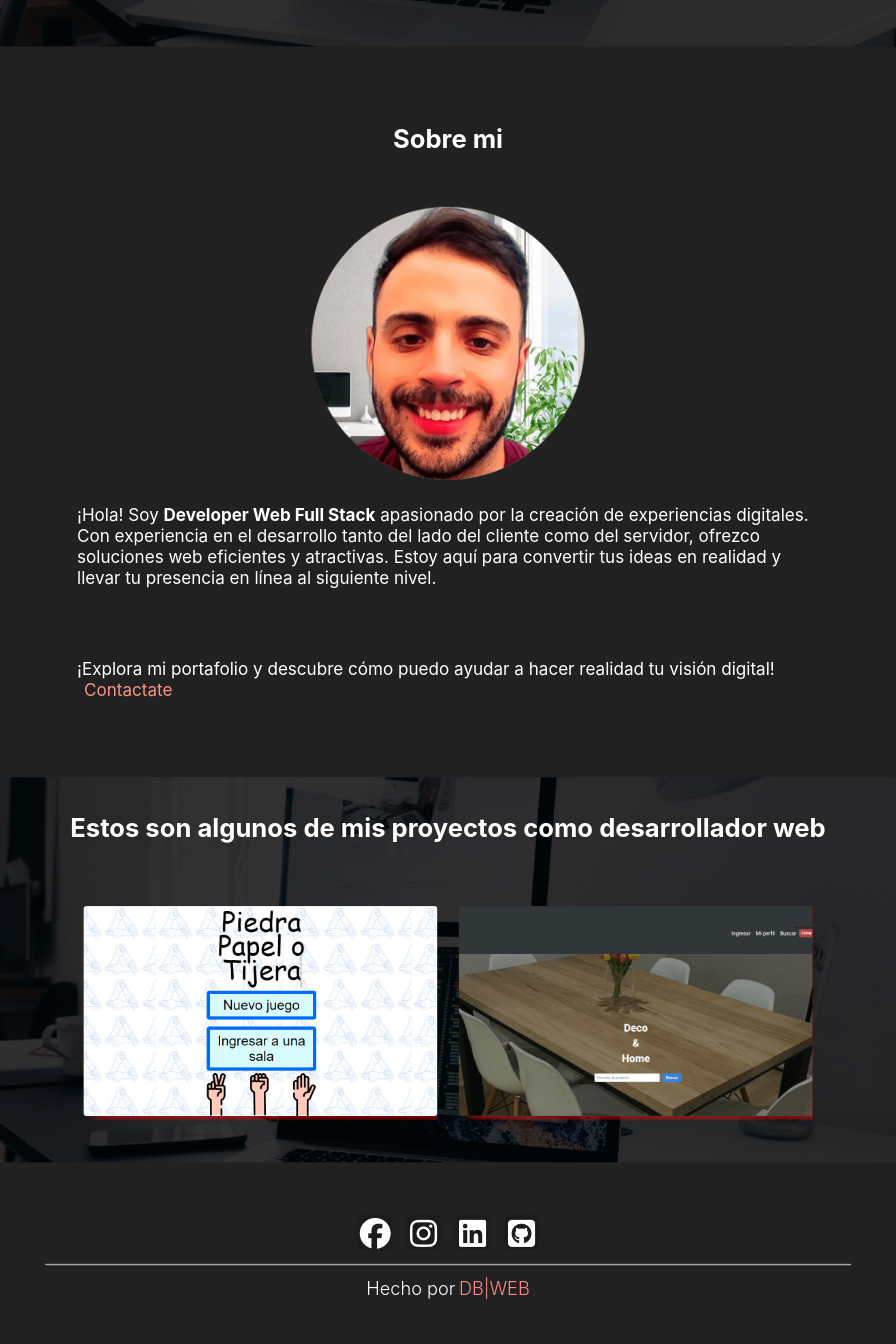
Repository: DamianBermudez94/DB-Porfolio
Page: /
These files come from the project's save history. The page is drawn as it stood at one moment and after the next save; the edit follows.
The browser window is 1280 px wide. The pictures show the part of the page from y = 678 to 2598 px (the page is 2598 px tall), at 70% of full size.
Backgrounds fixed to the window are drawn as part of the page. Some web libraries are served in a nearby version. The project was rebuilt for these pictures with package versions that can differ from the ones it lists, and the page was loaded fresh each time. Also part of the build but not shown: vite.config.js, src/components/Servicios/styles.css, src/components/Servicios/Service.jsx, src/pages/Servicios.jsx, src/components/Conocimientos/Conocimientos.jsx, src/pages/AcerdaDe.jsx, src/components/Contacto/Contact.jsx, src/pages/contacto.jsx and 2 more.

Above is the page before, as saved 2024-03-11 19:00:49.

### index.html
<!DOCTYPE html>
<html lang="en">
  <head>
    <meta charset="utf-8" />
    <link rel="icon" href="./public/image/IconoDB.png" />
    <link rel="apple-touch-icon" href="./public/image/IconoDB.png" />
    <meta name="viewport" content="width=device-width, initial-scale=1" />
    <link rel="manifest" href="./src/manifiesto.json">
    <meta name="theme-color" content="#000000" />
    <!--Estilos-->
    <script
      src="https://kit.fontawesome.com/bdbed0aafa.js"
      crossorigin="anonymous"
    ></script>
    <link rel="preconnect" href="https://fonts.gstatic.com" />
    <link rel="preconnect" href="https://fonts.gstatic.com" />
    <link rel="preconnect" href="https://fonts.gstatic.com" />
    <link rel="preconnect" href="https://fonts.gstatic.com" />
    <link
      href="https://fonts.googleapis.com/css2?family=Raleway:wght@200;300&family=Roboto:wght@100;300&display=swap"
      rel="stylesheet"
    />
    <meta name="author" content="Damián Bermúdez" />
    <meta name="description" content="Porfolio web - Damián Bermúdez" />

    <title>Damián Bermúdez - Developer</title>
  </head>
  <body>
    <div id="root"></div>
    <script type="module" src="/src/main.jsx"></script>
  </body>
</html>

### src/main.jsx
import ReactDOM from "react-dom/client";
import "./index.css";
import App from "./App";
import Modal from 'react-modal';
Modal.setAppElement('#root');
const root = ReactDOM.createRoot(document.getElementById("root"));
root.render(<App />);

### src/index.css
* {
  margin: 0;
  padding: 0;
  box-sizing: border-box;
}
body {
  font-family: -apple-system, BlinkMacSystemFont, "Segoe UI", "Roboto", "Oxygen",
    "Ubuntu", "Cantarell", "Fira Sans", "Droid Sans", "Helvetica Neue",
    sans-serif;
  -webkit-font-smoothing: antialiased;
  -moz-osx-font-smoothing: grayscale;
}

### src/App.jsx
import "./App.css";
import { MisRutas } from "./routers/MisRutas";

function App() {
  return (
    <div className="layout">
      <MisRutas />
    </div>
  );
}

export default App;

### src/App.css
.layout {
  margin: 0 auto;
  background-color: #282c34;
  font-size: calc(10px + 2vmin);
  color: white;
  background-image: url("/public/image/banner-parallax.jpg");
  background-size: cover;
  background-position: center;
  background-attachment: fixed;
}
.layout .container-rutas {
  background-color: rgba(0, 0, 0, 0.8);
  width: 100%;
  height: 100%;
  padding-top: 145px;
}

### src/routers/MisRutas.jsx
import { BrowserRouter, Routes, Route } from "react-router-dom";

import { Inicio } from "../pages/Inicio";
import { Servicios } from "../pages/Servicios";
import { AcerdaDe } from "../pages/AcerdaDe";
import { Contacto } from "../pages/contacto";
import { Proyectos } from "../pages/Proyecto";
import { Error } from "../components/Error";
import { NavHeader } from "../components/header/NavHeader";
import { Footer } from "../components/Footer/Footer";

export const MisRutas = () => {
  return (
    <div className="container-rutas">
      <BrowserRouter>
        {/*Header y navegacion*/}
        <NavHeader />
        {/*Contenido general*/}

        <Routes>
          <Route path="/" element={<Inicio />} />
          <Route path="/inicio" element={<Inicio />} />
          <Route path="/servicios" element={<Servicios />} />
          <Route path="/conocimientos" element={<AcerdaDe />} />
          <Route path="/contacto" element={<Contacto />} />
          <Route path="/proyecto" element={<Proyectos />} />
          <Route path="*" element={<Error />} />
        </Routes>

        {/* Footer*/}
        <Footer />
      </BrowserRouter>
    </div>
  );
};

### src/pages/Inicio.jsx

import { Home } from "../components/Home/Home";
export const Inicio = () => {
  return (
  <div><Home/> </div>
  );
};

### src/components/header/NavHeader.jsx
import { useState, useEffect } from "react";
import { NavLink } from "react-router-dom";
import "./NavHeader.css";
import BurguerButton from "./burgerButton";

export const NavHeader = () => {
  const [clicked, setClicked] = useState(false);
  const [scrolled, setScrolled] = useState(false);
  const handleClick = () => {
    //cuando esta true lo pasa a false y vice versa
    setClicked(!clicked);
  };
  useEffect(() => {
    const handleScroll = () => {
      if (window.scrollY > 50) {
        setScrolled(true);
      } else {
        setScrolled(false);
      }
    };

    window.addEventListener("scroll", handleScroll);

    // Limpiar el event listener en el desmontaje del componente
    return () => {
      window.removeEventListener("scroll", handleScroll);
    };
  }, []);

  return (
    <header className={`header ${scrolled ? "scrolled" : ""}`}>
      <div className="nav-content">
        <div className="logo">
          <NavLink to="/inicio">
            <img
              src={"/image/Logo-DB.png"}
              alt="Damian Bermudez desarrollador web"
            ></img>
          </NavLink>
        </div>

        <BurguerButton
          className="btn-menu"
          clicked={clicked}
          handleClick={handleClick}
        />
        <nav className={`links ${clicked ? "active" : ""}`}>
          <ul>
            <li>
              <NavLink
                to="/inicio"
                onClick={handleClick}
                className={({ isActive }) => (isActive ? "active" : "")}
              >
                Inicio
              </NavLink>
            </li>
            <li>
              <NavLink
                to="/proyecto"
                onClick={handleClick}
                className={({ isActive }) => (isActive ? "active" : "")}
              >
                proyectos
              </NavLink>
            </li>
            <li>
              <NavLink
                to="/servicios"
                onClick={handleClick}
                className={({ isActive }) => (isActive ? "active" : "")}
              >
                servicios
              </NavLink>
            </li>
            <li>
              <NavLink
                to="/conocimientos"
                onClick={handleClick}
                className={({ isActive }) => (isActive ? "active" : "")}
              >
                conocimientos
              </NavLink>
            </li>
            <li>
              <NavLink
                to="/contacto"
                onClick={handleClick}
                className={({ isActive }) => (isActive ? "active" : "")}
              >
                contacto
              </NavLink>
            </li>
          </ul>
        </nav>
      </div>
    </header>
  );
};

### src/components/Footer/Footer.jsx

import './Footer.css'
export const Footer = () => {
  return (
    <footer className="footer">
      <div className="contenedor-footer container">
          <div className="footer-redes__sociales">
              <a href="https://www.facebook.com" className="link-redes_sociales" ><i className="fab fa-facebook facebook"></i></a>
              <a href="https://www.instagram.com" className="link-redes_sociales" ><i className="fab fa-instagram instagran"></i></a>
              <a href="https://www.linkedin.com" className="link-redes_sociales" ><i className="fab fa-linkedin linkedin"></i></a>
              <a href="https:/www.github.com" className="link-redes_sociales" ><i className="fab fa-github-square github"></i></a>
          </div>
          <hr className='footer-linea' />
          <div className="footer-text">
              <p className="title-copy">Hecho por<a className="title-footer" href="https://damianbermudezdev.es/">DB|WEB</a></p>
          </div>
      </div>
    </footer>
  )
}

### src/components/Home/Home.jsx
import { NavLink } from "react-router-dom";
import { ListadoTrabajos } from "../Proyectos/ListaTrabajos";
import "./styles.css";
export const Home = () => {
  return (
    <section className="home">
      <div className="home-welcome">
        <div className="container-home">
          <h1 className="title-welcome" style={{ "--duration": "1s" }}>
            <span style={{ "--delay": " .5s" }}>Hola! Mi nombre es,</span>
            <span className="title-custom" style={{ "--delay": ".6s" }}>
              Damián Bermúdez.
            </span>
            <span className="parrafo-welcome" style={{ "--duration": "1s" }}>
              <span style={{ "--delay": " .7s" }}>
                Developer web full stack.
              </span>
            </span>
          </h1>

          <div className="container-redes_inicio">
            <NavLink
              to="https://www.linkedin.com/in/damian-bermudez-4a4a33204/"
              className="link-redes_sociales"
              target="_blank"
            >
              <i className="fab fa-linkedin linkedin"></i>
            </NavLink>
            <NavLink
              to="https://github.com/DamianBermudez94"
              className="link-redes_sociales"
              target="_blank"
            >
              <i className="fab fa-github-square github"></i>
            </NavLink>
            <a
              className="btn-cv"
              href="./cv-pdf/CVDamianBermudez2023_1_ (1).pdf"
              download="CV-damian-bermudez.pdf"
            >
              Descargar mi CV
            </a>
          </div>
        </div>
      </div>
      <section className="section-me">
        <h2>Sobre mi</h2>
        <div className="container-me" data-animation="diagonal">
          <img
            src={"/image/profile-damianbermudez.png"}
            alt="Damian Bermudez desarrollador web"
          ></img>
          <p>
            ¡Hola! Soy <strong>Developer Web Full Stack</strong> apasionado por
            la creación de experiencias digitales. Con experiencia en el
            desarrollo tanto del lado del cliente como del servidor, ofrezco
            soluciones web eficientes y atractivas. Estoy aquí para convertir
            tus ideas en realidad y llevar tu presencia en línea al siguiente
            nivel.
          </p>
        </div>
        <div className="container-inicio_contacto" data-animation="diagonal">
          <p className="parrafo-contacto">
            ¡Explora mi portafolio y descubre cómo puedo ayudar a hacer realidad
            tu visión digital!{" "}
            <NavLink className="enlace-contacto" to="/contacto">
              Contactate
              <span className="border border-top"></span>
              <span className="border border-right"></span>
              <span className="border border-bottom"></span>
              <span className="border border-left"></span>
            </NavLink>
          </p>
        </div>
      </section>
      <section className="content-proyectos__inicio">
        <h2>Estos son algunos de mis proyectos como desarrollador web</h2>
        <ListadoTrabajos limite="2" />
      </section>
    </section>
  );
};

### src/components/header/NavHeader.css
.header {
  height: 80px;

  max-width: 1200px;
  display: flex;
  justify-content: center;
  align-items: center;
  padding: 10px;
  position: fixed;
  top: 0;
  right: 0;
  left: 0;
  z-index: 1000;
  padding: 10px 20px;
  margin: 0 auto;
  transition: background-color 0.5s ease;
}

/* Cambiar el fondo al hacer scroll */
.header.scrolled {
  background-color: rgba(83, 83, 83, 0.9);
  border-radius: 10px;
  width: 80%;
  display: flex;
  justify-content: center;
  align-items: center;
  position: fixed;

  margin: 0 auto;
}

.nav-content {
  width: 90%;
  height: 80px;

  margin: 0 auto;
  display: flex;
  justify-content: space-around;
  padding: 5px;
  align-items: center;
}
.header .logo img {
  width: 150px;
  height: 100px;
  object-fit: cover;
}

.header nav ul {
  display: flex;
  justify-content: center;
  align-items: center;
  list-style: none;
}
.header li {
  text-decoration: none;
  text-transform: uppercase;
  font-size: 17px;
  font-weight: bold;
  margin: 15px;
}
.header li a {
  text-decoration: none;
  transition: all 300ms;
  color: #f1f1f1;
}
.header .active,
.header a:hover {
  color: rgb(255, 80, 80);
}

.header .btn-menu {
  display: none;
}
@media screen and (max-width: 860px) {
  .header {
    overflow: hidden;
  }

  .header .logo img {
    width: 200px;
  }
  .header nav {
    position: fixed;
    top: 70px;
    left: -140%;
    width: 80%;
    height: calc(100vh - 60px);
    background-color: #fff;
    z-index: 9;
  }
  .links.active {
    width: 100%;
    height: 100vh;
    display: block;
    top: 150px;
    left: 0;
    right: 0;
    margin-left: auto;
    margin-right: auto;
    text-align: center;
    opacity: 1;
    background: rgba(255, 255, 255, 0);
    backdrop-filter: blur(19px);
  }
  .links.close {
    display: none;
  }
  nav ul {
    margin: 0 auto;
    flex-direction: column;
    border-top: 5px solid rgb(255, 1, 1);
    padding: 5px;
  }

  nav ul li {
    width: 100%;
    margin: 10px auto;
    border-bottom: 1px solid rgb(255, 1, 1);
  }
  nav ul li a {
    background: none;
    color: rgb(255, 1, 1);
  }
  body.dark nav ul li a {
    color: #f1f1f1;
  }
  nav ul li a.active {
    background: none;
    color: rgb(0, 0, 0);
  }
  body.dark nav ul li a.active {
    color: rgb(255, 1, 1);
  }
  nav ul li a.active:hover {
    background: none;
    color: rgb(0, 0, 0);
  }
}

### src/components/header/burgerButton.jsx
/* eslint-disable react/prop-types */

import styled from "styled-components";

function BurguerButton(props) {
  return (
    <Burguer>
      <div
        onClick={props.handleClick}
        className={`btn-menu nav-icon-5 ${props.clicked ? "open" : ""}`}
      >
        <span></span>
        <span></span>
        <span></span>
      </div>
    </Burguer>
  );
}

export default BurguerButton;

const Burguer = styled.div`
  /* nav-icon-5 */
  .nav-icon-5 {
    width: 35px;
    height: 30px;
    position: relative;
    cursor: pointer;
    display: flex;
    margin: 25px 50px;
  }
  .nav-icon-5 span {
    background-color: #fff;
    position: absolute;
    border-radius: 2px;
    transition: 0.3s cubic-bezier(0.8, 0.5, 0.2, 1.4);
    width: 100%;
    height: 4px;
    transition-duration: 500ms;
  }
  .nav-icon-5 span:nth-child(1) {
    top: 0px;
    left: 0px;
  }
  .nav-icon-5 span:nth-child(2) {
    top: 13px;
    left: 0px;
    opacity: 1;
  }
  .nav-icon-5 span:nth-child(3) {
    bottom: 0px;
    left: 0px;
  }
  .nav-icon-5:not(.open):hover span:nth-child(1) {
    transform: rotate(-3deg) scaleY(1.1);
  }
  .nav-icon-5:not(.open):hover span:nth-child(2) {
    transform: rotate(3deg) scaleY(1.1);
  }
  .nav-icon-5:not(.open):hover span:nth-child(3) {
    transform: rotate(-4deg) scaleY(1.1);
  }
  .nav-icon-5.open span:nth-child(1) {
    transform: rotate(45deg);
    top: 13px;
  }
  .nav-icon-5.open span:nth-child(2) {
    opacity: 0;
  }
  .nav-icon-5.open span:nth-child(3) {
    transform: rotate(-45deg);
    top: 13px;
  }
  @media screen and (min-width: 860px) {
    .btn-menu {
      display: none;
    }
  }
`;

### src/components/Footer/Footer.css
.footer {
  min-height: 120px;
  line-height: 7px;
  text-align: center;
  font-size: 22px;
  padding: 45px;
  background-color: #212121;
}

.contenedor-footer {
  display: flex;
  flex-direction: column;
  justify-content: center;
  align-content: center;
  margin: 0 auto;
  padding: 20px;
}
.footer-text {
  display: flex;
  justify-content: center;
  align-items: center;
  padding: 10px;
  margin-top: 20px;
}
.title-copy {
  text-align: center;
  font-size: 26px;
  font-weight: 300;
}
.title-footer {
  text-decoration: none;
  color: rgb(252, 136, 136);
  margin-left: 5px;
}
.footer-linea{
  height: 1px;
  width: 100%;

}
body.dark .title-copy {
  color: #f1f1f1;
}

.footer-redes__sociales {
  display: flex;
  justify-content: center;
  align-items: center;
  text-align: center;
  margin-bottom: 10px;
}
.link-redes_sociales {
  text-decoration: none;
  width: 50px;
  height: 50px;
  margin: 10px;
  color: rgb(255, 255, 255);
  background-color: rgb(28, 28, 28);
  border-radius: 10px;
  text-align: center;
  position: relative;
  transition: transform 0.4s;
  font-size: 26px;
  padding: 4px;
}
.link-redes_sociales:hover {
  transform: rotate(45deg);
}
.link-redes_sociales::before {
  content: "";
  position: absolute;
  width: 100%;
  height: 100%;
  opacity: 0;
  background-color: #373737;
  border-radius: 10px;
  transition: opacity 0.2s;
}
.link-redes_sociales:hover::before {
  opacity: 0.4;
}
.link-redes_sociales:nth-child(1)::before {
  background-color: rgb(255, 80, 80);
}
.link-redes_sociales:nth-child(2)::before {
  background-color: rgb(255, 80, 80);
}
.link-redes_sociales:nth-child(3)::before {
  background-color: rgb(255, 80, 80);
}
.link-redes_sociales:nth-child(4)::before {
  background-color: rgb(255, 80, 80);
}

.link-redes_sociales:hover::before {
  transform: translate(-4px, -4px);
  filter: blur(10px);
}

.link-redes_sociales i {
  font-size: 1.7em;
  transition: all 0.4s;
}
.link-redes_sociales:hover i {
  color: #f1f1f1;
  transform: rotate(-45deg);
}

body.dark .redes-sociales i {
  color: #f1f1f1;
}

### src/components/Proyectos/styles.css
/**--Estilos seccion Proyectos--**/

.section-proyectos {
  width: 90%;
  max-width: 1600px;
  display: grid;
  grid-template-columns: repeat(2, 1fr);
  grid-gap: 30px;

  padding: 10px;
  margin: 0 auto;
}
.title-proyectos {
  font-size: 55px;
  margin: auto;
  text-align: center;
  padding: 25px;
}
.card-proyectos {
  display: flex;
  align-items: center;
  flex-direction: column;
  overflow: hidden;
}
.content-proyectos__img img {
  object-fit: cover;
  border-radius: 5px;
  width: 100%;
  height: 300px;
  overflow: hidden;
  box-shadow: 15px 0px 15px 0px #ff0505;
  cursor: pointer;
}

.card-proyectos span {
  display: block;
  color: white;
  font-size: 18px;
  margin-top: 35px;
}
.card-proyectos h2 {
  display: block;
  color: white;
  margin-top: 5px;
  font-size: 25px;
}
.card-proyectos a {
  color: white;
  text-decoration: none;
  transition: none;
  text-align: center;
}

.content-proyectos__enlace {
  width: 100%;
  display: flex;
  justify-content: center;
  align-items: center;
  padding: 20px;
  margin: 0 auto;
}

.proyectos-enlace {
  width: 40%;
  max-width: 200px;
  text-decoration: none;
  display: flex;
  align-items: center;
  justify-content: center;
  margin: 0 auto;
  font-size: 18px;
  cursor: pointer;
  text-transform: uppercase;
  letter-spacing: 2px;
  color: rgb(255, 0, 0);
  background-color: transparent;
  outline: 2px solid rgb(255, 80, 80);
  border: none;
  border-radius: 8px;
  padding: 10px 20px;
  position: relative;

  overflow: hidden;
  transition: color 1s;
}

.proyectos-enlace:hover {
  color: #000000;
  z-index: 1;
}

.proyectos-enlace::before {
  content: "";
  position: absolute;
  top: 0;
  left: -50px;
  width: 150%;
  height: 100%;
  background-color: rgba(255, 85, 85, 0.5);
  border: none;
  outline: 3px solid rgb(0, 0, 0);
  transform: scaleX(0) skewX(35deg);
  transform-origin: left;
  z-index: -1;
  transition: transform 1s;
}

.proyectos-enlace:hover::before {
  transform: scaleX(1) skewX(35deg);
}

/* Modal personalizado */
.mi-modal {
  width: 600px;

  height: 500px;
  display: flex;
  justify-content: space-between;
  align-items: center;
  background-color: rgba(0, 0, 0, 0.336);
  border-radius: 5px;
  padding: 20px;
  box-shadow: 0 0 10px rgba(247, 10, 10, 0.9);
}
.container-modal{
  display: flex;
  justify-content: space-around;
  padding: 10px;
  flex-direction: column;

}
/* Overlay personalizado */
.mi-modal-overlay {
  color: #fff;
  position: fixed; /* Asegura que el overlay cubra toda la pantalla */
  top: 0;
  left: 0;
  right: 0;
  bottom: 0;
  background-color: rgba(0, 0, 0, 0.281); /* Color de fondo oscuro con opacidad */
  z-index:  1000;
  margin: 0 auto;

}

@media (max-width: 1120px) {
  .section-proyectos {
    display: grid;
    grid-template-columns: repeat(2, 1fr);

    grid-gap: 10px;
  }
}
@media (max-width: 760px) {
  .section-proyectos {
    display: grid;
    grid-template-columns: repeat(1, 1fr);
    grid-gap: 10px;
  }
  .mi-modal {
    width: 400px;

    height: 500px;
    display: flex;
    justify-content: space-between;
    align-items: center;
    background-color: rgba(0, 0, 0, 0.336);
    border-radius: 5px;
    padding: 20px;
    box-shadow: 0 0 10px rgba(247, 10, 10, 0.9);
  }
}
@media (max-width: 480px) {

  .mi-modal {
    width: 300px;


  }
}

Loaded but not shown: src/data/trabajos.js (48 lines, source omitted); src/components/Contacto/styles.css (267 lines, source omitted); src/components/Home/styles.css (238 lines, source omitted); src/components/Proyectos/ListaTrabajos.jsx (102 lines, source omitted); src/components/Conocimientos/styles.css (147 lines, source omitted)

After the next save:
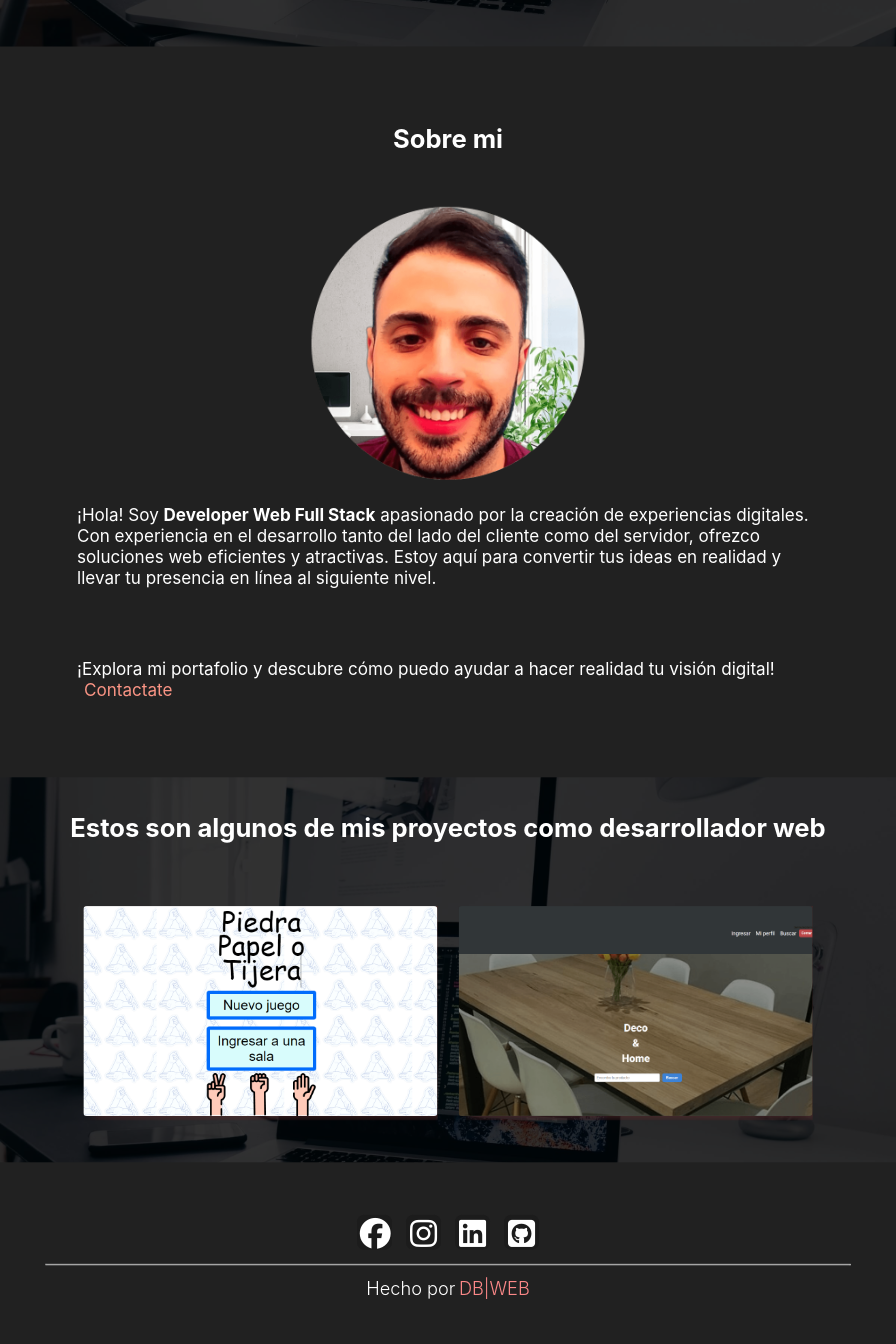
Saved 9 s later.
--- a/src/components/Proyectos/styles.css
+++ b/src/components/Proyectos/styles.css
@@ -28,7 +28,7 @@
   width: 100%;
   height: 300px;
   overflow: hidden;
-  box-shadow: 15px 0px 15px 0px #ff0505;
+  box-shadow: 15px 0px 15px 0px #5c2929;
   cursor: pointer;
 }
 
